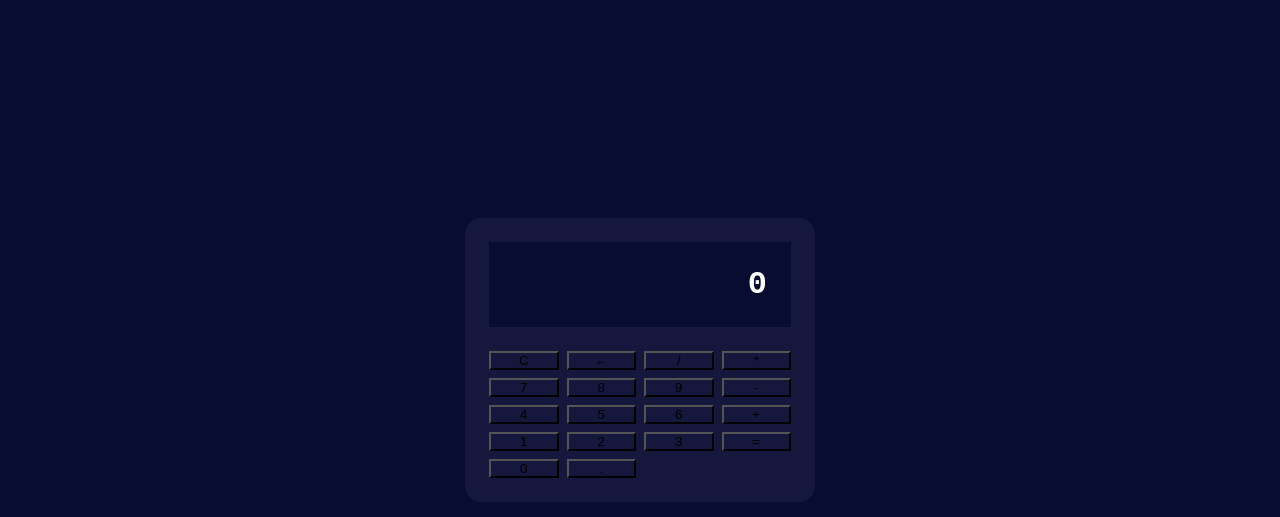
Repository: Herinyhert/Calculator
Page: index.html
An editor plug-in stored every save of this project. The page is shown before and after a run of saves, followed by the edit.
The browser window is 1280 px wide. The pictures show the whole page.

Above is the page before, as saved 2023-05-21 20:49:53.

### index.html
<html lang="en">
<head>
    <meta charset="UTF-8">
    <meta http-equiv="X-UA-Compatible" content="IE=edge">
    <meta name="viewport" content="width=device-width, initial-scale=1.0">
    <title>Calculator</title>
    <link rel="stylesheet" href="./css/main.css">
</head>
<body>
    <div class="calculator">
        <div class="window">0</div>
        <button id="c" class="btn">C</button>
        <button id="delete"class="btn">←</button>
        <button class="btn">/</button>
        <button class="btn">*</button>
        <button class="btn">7</button>
        <button class="btn">8</button>
        <button class="btn">9</button>
        <button class="btn">-</button>
        <button class="btn">4</button>
        <button class="btn">5</button>
        <button class="btn">6</button>
        <button class="btn">+</button>
        <button class="btn">1</button>
        <button class="btn">2</button>
        <button class="btn">3</button>
        <button id="equal" class="btn">=</button>
        <button id="cero" class="btn">0</button>
        <button class="btn">.</button>
    </div>

    <script src="./JS/main.js"></script>
</body>
</html>

### css/main.css
*{
    margin: 0;
    padding: 0;
    box-sizing: border-box;
    font-family: sans-serif;
}

body{
    min-height: 100vh;
    background-color: #090c31;
    display: flex;
    justify-content: center;
    align-items: center;
}

.calculator{
    background-color: #15173c;
    color: white;
    width: 350px;
    max-width: 100%;
    padding: 1.5rem;
    border-radius: 1rem;
    display: grid;
    grid-template-columns: repeat(4, 1fr);
    gap: .5rem;
}

.window{
    grid-column: 1 / -1;
    background-color: #090c31;
    padding: 1.5rem;
    font-size: 2rem;
    text-align: right;
    margin-bottom: 1rem;
    font-family: monospace;
    font-weight: 600;
}

.btn{
    background-color: #15173c;
    color: ;
}

Loaded but not shown: JS/main.js (no stored copy; drawn as an empty file)

After the next 2 saves:
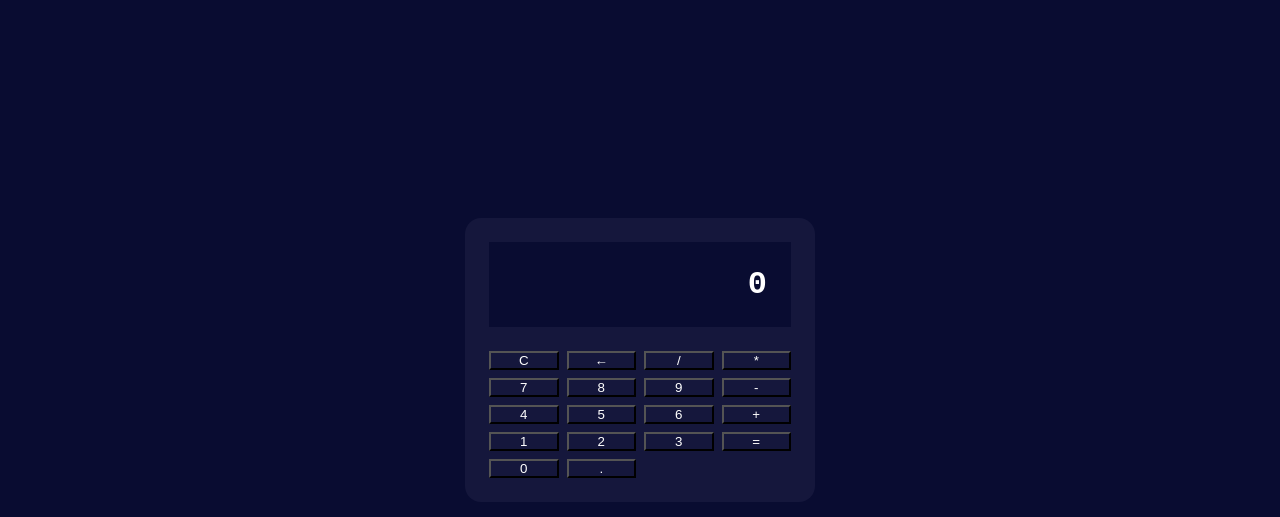
The 2 saves are shown as one change because they came seconds apart.
The last was saved 6 s later.
--- a/css/main.css
+++ b/css/main.css
@@ -38,5 +38,6 @@ body{
 
 .btn{
     background-color: #15173c;
-    color: ;
+    color: white;
+
 }
